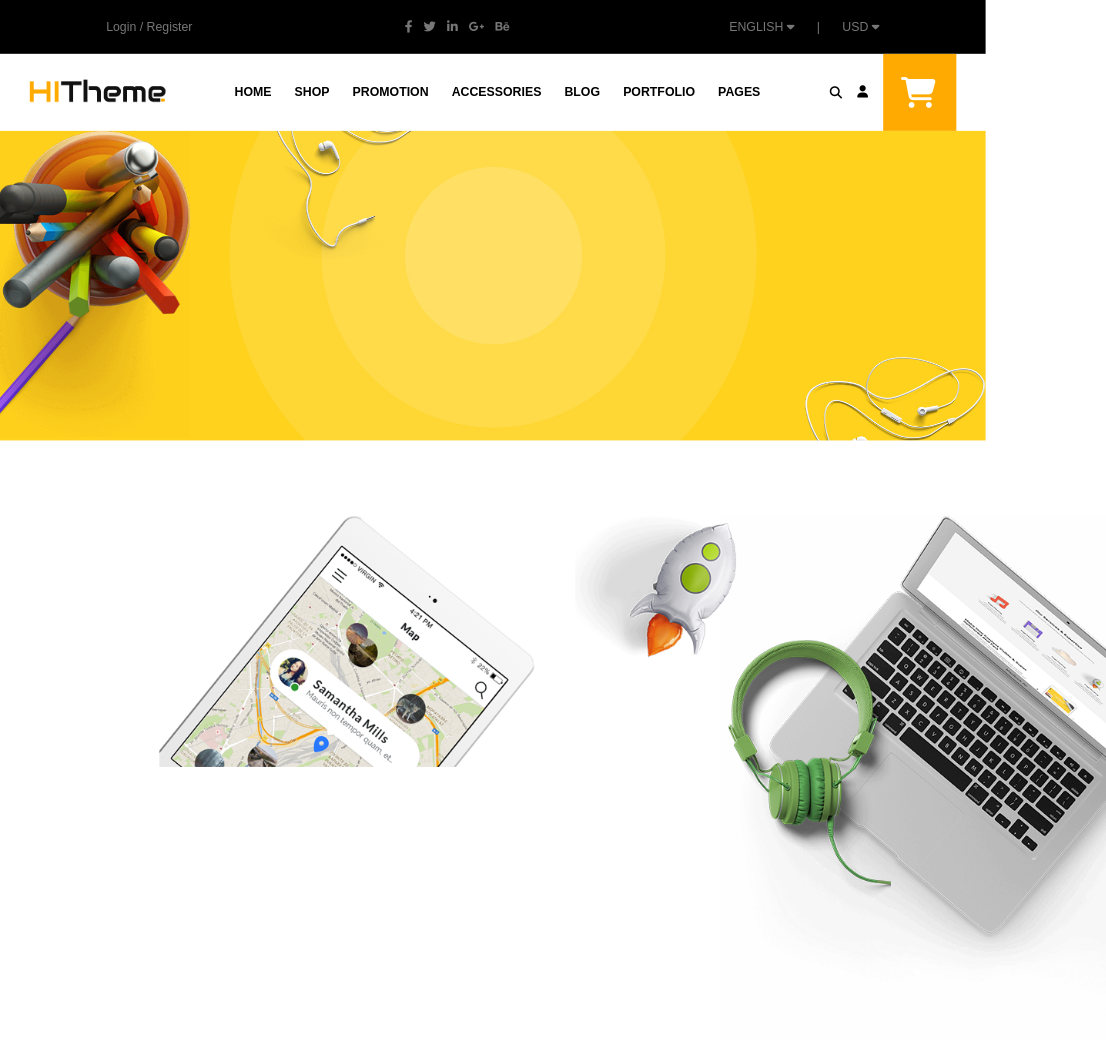
Repository: Thach1311/DU-AN-WEB-BAN-HANG-
Page: index1.html
An editor plug-in stored every save of this project. The page is shown before and after the next save, followed by the edit.
The browser window is 1280 px wide. The page is 1437 px wide, so the pictures cover 1437 px, including what lies to the right of the window. The pictures show the whole page, at 77% of full size.

Above is the page before, as saved 2023-02-23 17:33:50.

After the next save:
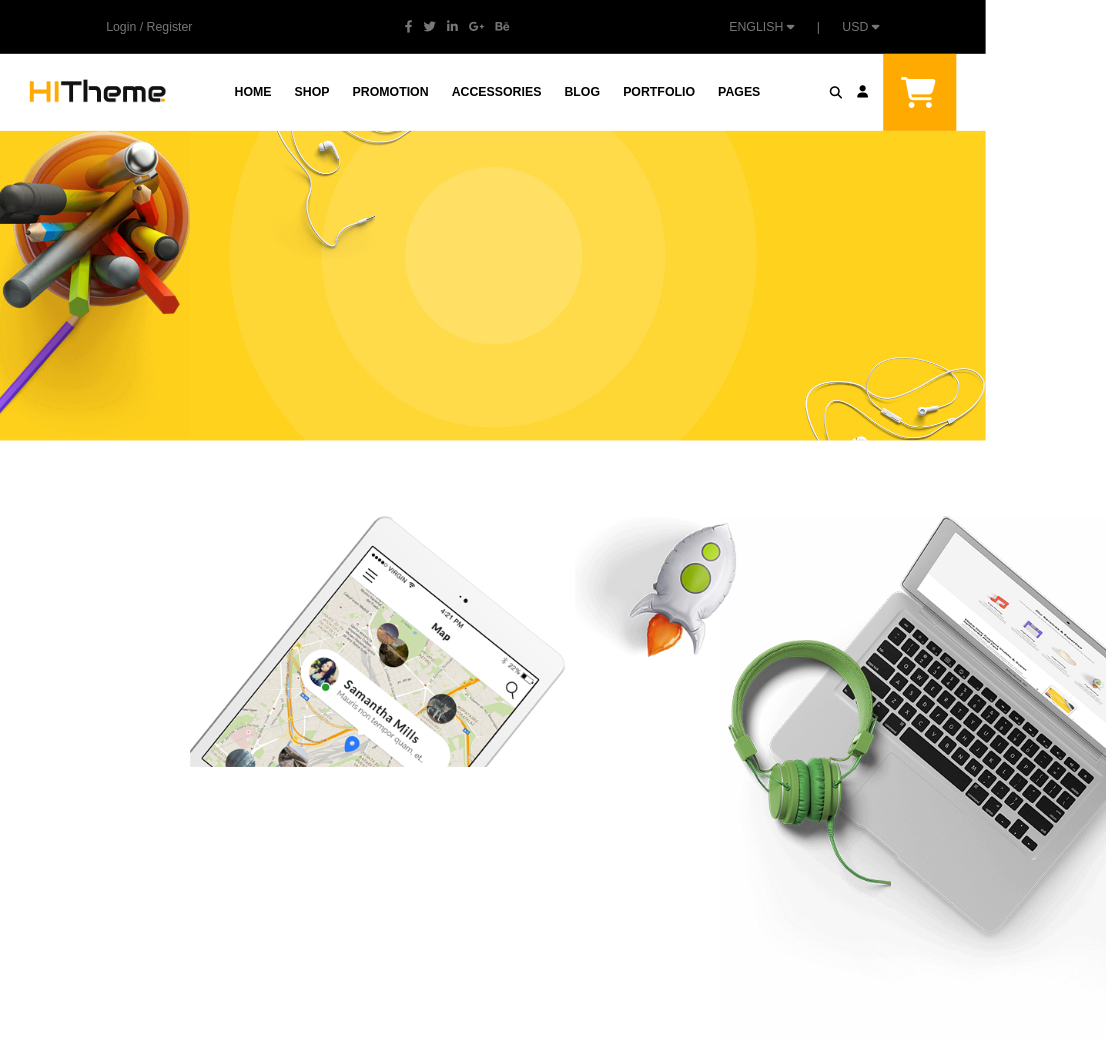
Saved 3 s later.
--- a/CSS/style1.css
+++ b/CSS/style1.css
@@ -653,7 +653,7 @@
 
     }
     to{
-        margin-left: -50px;
+
         margin-bottom: 500px;
     }
 }
